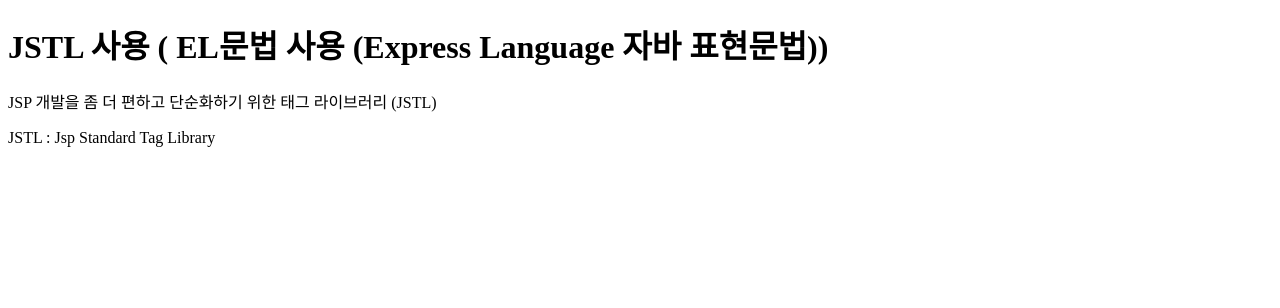
Repository: joeunpyeong/javaA
Page: http://localhost/05.Mybatis/jstl/list.jsp
These files come from the project's save history. The page is drawn as it stood at one moment and after the next save; the edit follows.
The browser window is 1280 px wide. The pictures show the whole page.
The page is served by Tomcat 9. Other server files are loaded and not shown.

Above is the page before, as saved 2023-05-23 01:34:28.

### 05.Mybatis/src/main/webapp/jstl/list.jsp
<%@ page language="java" contentType="text/html; charset=UTF-8"
    pageEncoding="UTF-8"%>
<!DOCTYPE html>
<html>
<head>
<meta charset="UTF-8">
<title>Insert title here</title>
</head>
<body>
	<h1>JSTL 사용 ( EL문법 사용 (Express Language 자바 표현문법))</h1>
	<p>JSP 개발을 좀 더 편하고 단순화하기 위한 태그 라이브러리 (JSTL)</p>
	<p>JSTL : Jsp Standard Tag Library</p>



</body>
</html>

After the next save:
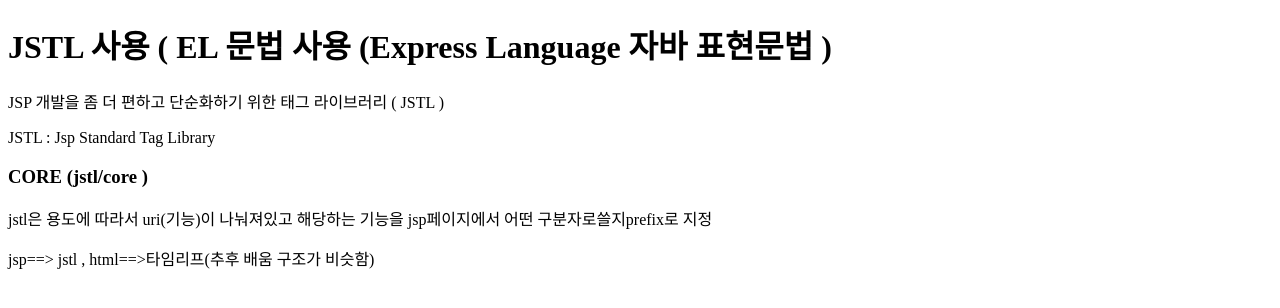
Saved 33 s later.
--- a/05.Mybatis/src/main/webapp/jstl/list.jsp
+++ b/05.Mybatis/src/main/webapp/jstl/list.jsp
@@ -1,5 +1,6 @@
 <%@ page language="java" contentType="text/html; charset=UTF-8"
     pageEncoding="UTF-8"%>
+<%@ taglib uri="http://java.sun.com/jsp/jstl/core" prefix="c" %>
 <!DOCTYPE html>
 <html>
 <head>
@@ -7,11 +8,11 @@
 <title>Insert title here</title>
 </head>
 <body>
-	<h1>JSTL 사용 ( EL문법 사용 (Express Language 자바 표현문법))</h1>
-	<p>JSP 개발을 좀 더 편하고 단순화하기 위한 태그 라이브러리 (JSTL)</p>
+	<h1> JSTL 사용 ( EL 문법 사용 (Express Language 자바 표현문법 )</h1>
+	<p>JSP 개발을 좀 더 편하고 단순화하기 위한 태그 라이브러리 ( JSTL )</p>
 	<p>JSTL : Jsp Standard Tag Library</p>
-
-
-
+	<h3> CORE (jstl/core )</h3>
+	<p>jstl은 용도에 따라서 uri(기능)이 나눠져있고 해당하는 기능을 jsp페이지에서 어떤 구분자로쓸지prefix로 지정</p>
+	<p>jsp==> jstl , html==>타임리프(추후 배움 구조가 비슷함)</p>
 </body>
 </html>
